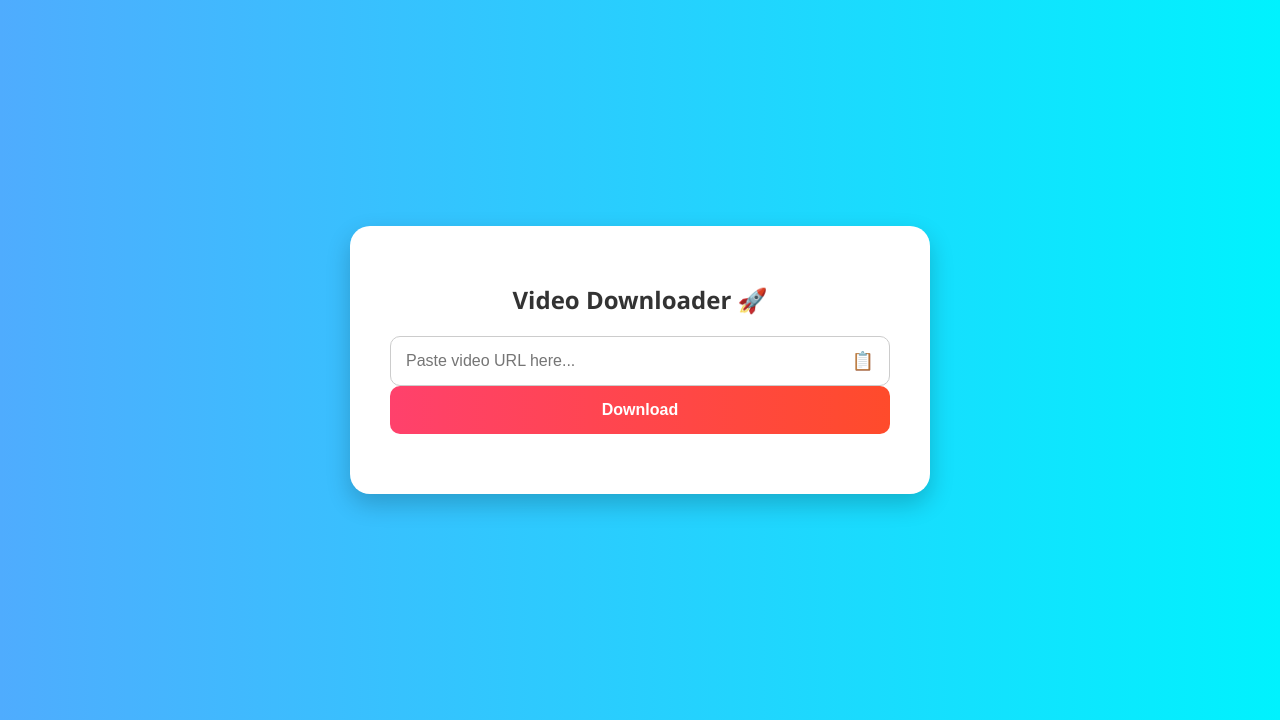
Repository: NETFORYJ/twitter-video-downloader
Page: TwitterVideoDownloader/src/main/resources/static/index.html
The author's editor kept a copy of each file at every save. The page is drawn from the files as they stood at one save, then again after the next save.
The browser window is 1280 px wide. The pictures show the whole page.

Above is the page before, as saved 2025-05-03 12:45:19.

After the next save:
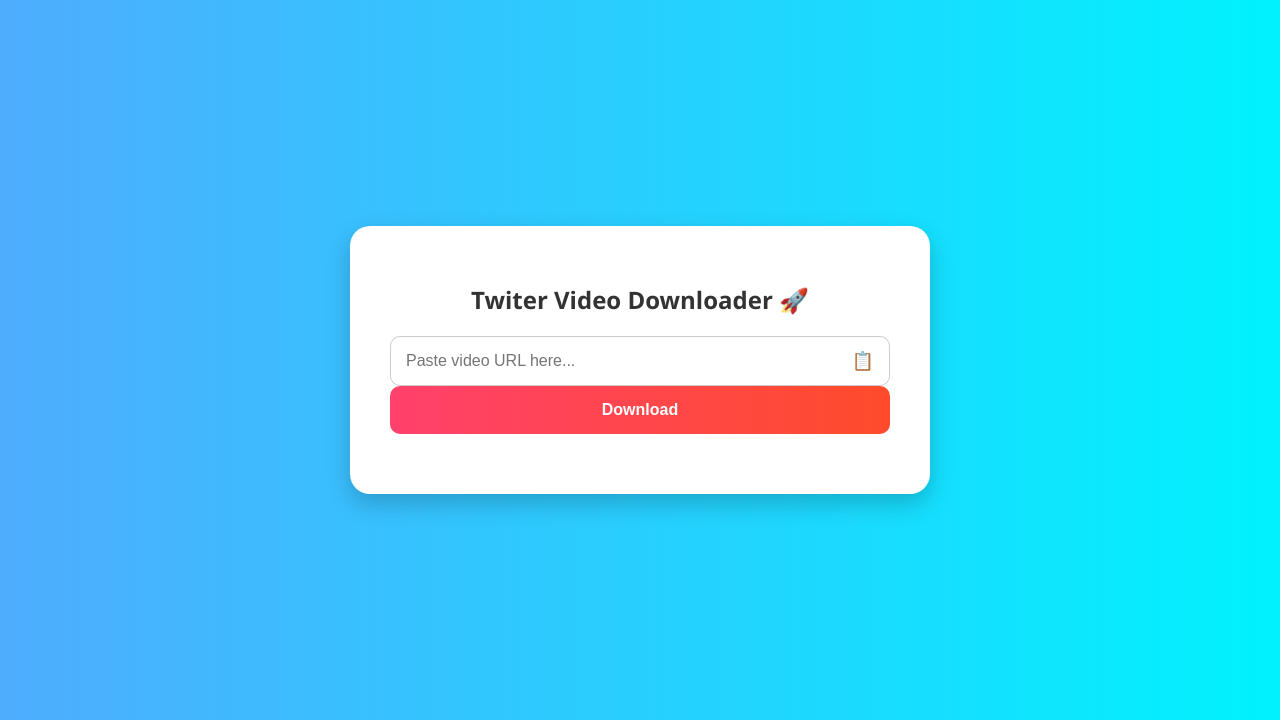
Saved 3 min 51 s later.
--- a/TwitterVideoDownloader/src/main/resources/static/index.html
+++ b/TwitterVideoDownloader/src/main/resources/static/index.html
@@ -125,7 +125,7 @@
 <body>
 
   <div class="container">
-    <h1>Video Downloader 🚀</h1>
+    <h1>Twiter Video Downloader 🚀</h1>
     <form id="downloadForm">
     <div class="input-wrapper">
   <input type="text" id="videoUrl" placeholder="Paste video URL here..." required>
